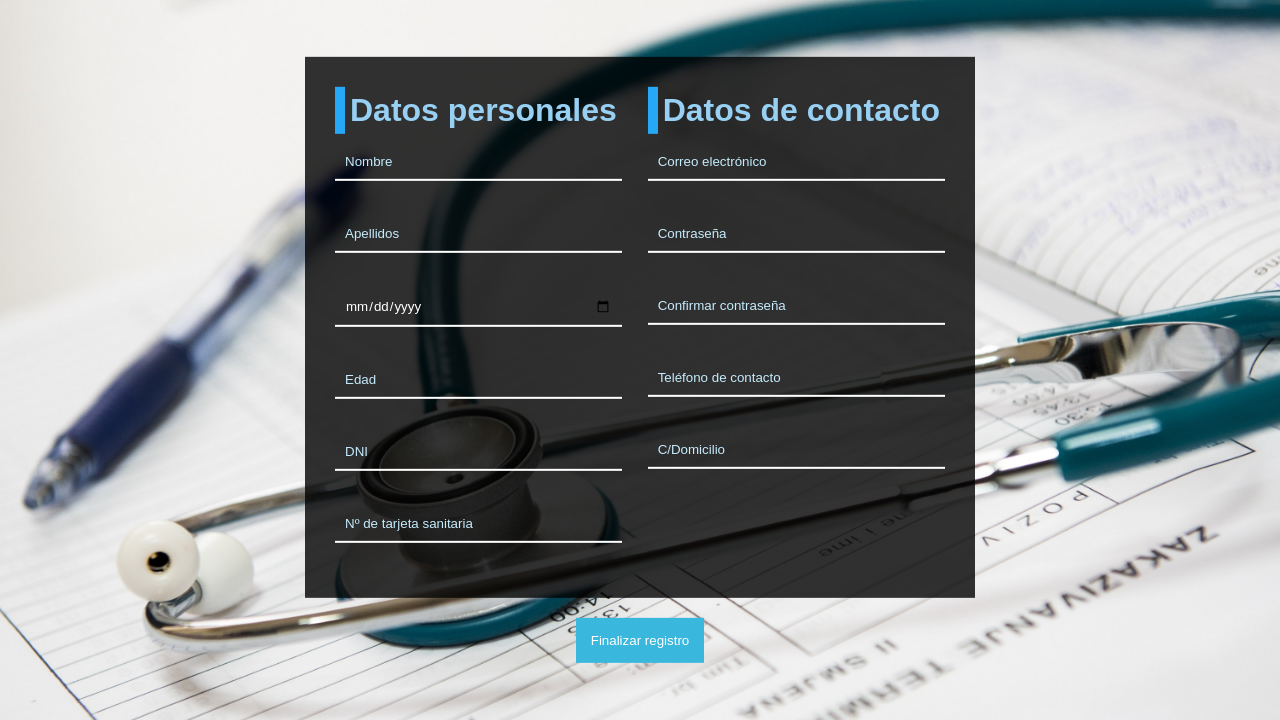
Repository: alejandropiuryp/clinica
Page: http://localhost/XE/registro_usuario.php
An editor plug-in stored every save of this project. The page is shown before and after the next save, followed by the edit.
The browser window is 1280 px wide. The pictures show the whole page.
Some web fonts or font styles are not loaded; a fallback is used. Some web libraries are served in a nearby version. The page is run by PHP 8.4 with error messages shown; the project is at /var/www/html/.

Above is the page before, as saved 2020-05-10 15:19:41.

After the next save:
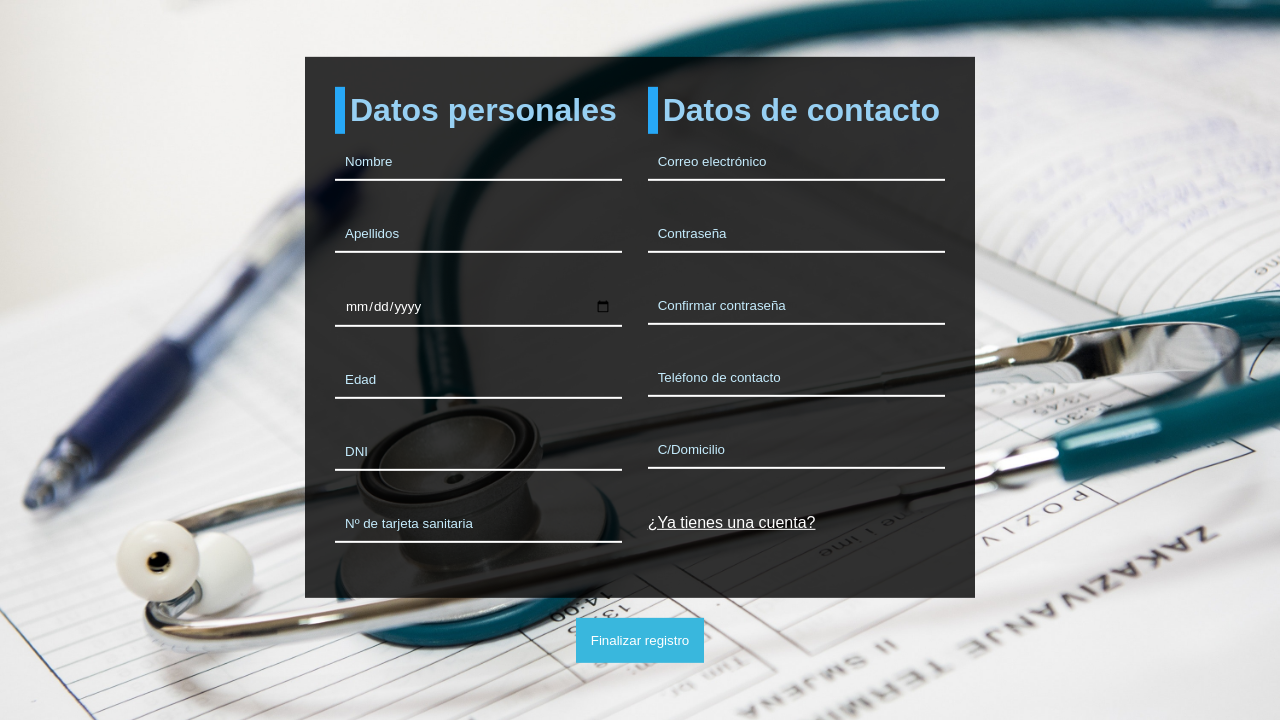
Saved 28 s later.
--- a/ClinicaReconocimiento/registro_usuario.php
+++ b/ClinicaReconocimiento/registro_usuario.php
@@ -87,6 +87,7 @@
 								<small id="smallTelefono">Error message</small>
 								<input type="text" id="domicilio" name="domicilio"  value = "<?php echo $registro['domicilio'];?>" placeholder="C/Domicilio"  />
 								<small id="smallDomicilio">Error message</small>
+								<a href="registro_usuario.php">¿Ya tienes una cuenta?</a>
 							</div>
 						</div>
 						<input id="enviar" type="submit"  value="Finalizar registro">
